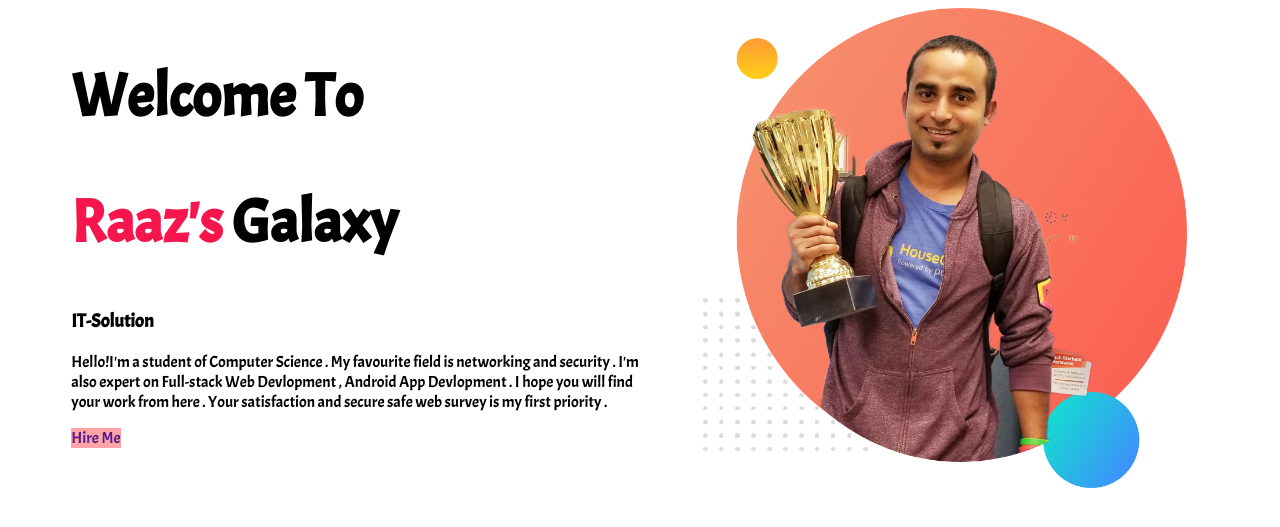
Repository: ramizraaz/my-portfolio
Page: about.html
An editor plug-in stored every save of this project. The page is shown before and after the next save, followed by the edit.
The browser window is 1280 px wide. The pictures show the whole page.

Above is the page before, as saved 2022-01-13 18:31:11.

### about.html
<!DOCTYPE html>
<html lang="en">

<head>
    <meta charset="UTF-8">
    <meta http-equiv="X-UA-Compatible" content="IE=edge">
    <meta name="viewport" content="width=device-width, initial-scale=1.0">
    <title>Raaz Portfolio</title>
    <link rel="preconnect" href="https://fonts.googleapis.com">
    <link rel="preconnect" href="https://fonts.gstatic.com" crossorigin>
    <link href="https://fonts.googleapis.com/css2?family=Acme&family=Lobster&family=Permanent+Marker&display=swap" rel="stylesheet">
    <link rel="stylesheet" href="design.css">
</head>

<body>
    <section>
        <div class="content">
            <h1>Welcome To</h1>
            <h1><span> Raaz's </span>Galaxy</h1>
            <h3>IT-Solution</h3>
            <p>Hello!I'm a student of Computer Science . My favourite field is networking and security . I'm also expert on Full-stack Web Devlopment , Android App Devlopment . I hope you will find your work from here . Your satisfaction and secure safe
                web survey is my first priority .</p>
            <a class="link-button" href="" target="_blank">Hire Me</a>
        </div>
        <div class="content">
            <img src="images/jhankar.png" alt="Personal Profile">
        </div>
    </section>
</body>

</html>

### design.css
body {
    font-family: 'Acme', sans-serif;
}

h1 {
    font-size: 60px;
}

span {
    color: rgb(247, 21, 77);
}

section {
    display: flex;
    /* Using this attribute for show photo and content flexible left right part */
}

.content {
    width: 50%;
    /*to make 2 div 50//50 size*/
    padding-left: 5%;
}

.content img {
    width: 85%;
    /*adjusting image*/
}

.link-button {
    text-decoration: none;
    background-color: #ff00005b;
}

After the next save:
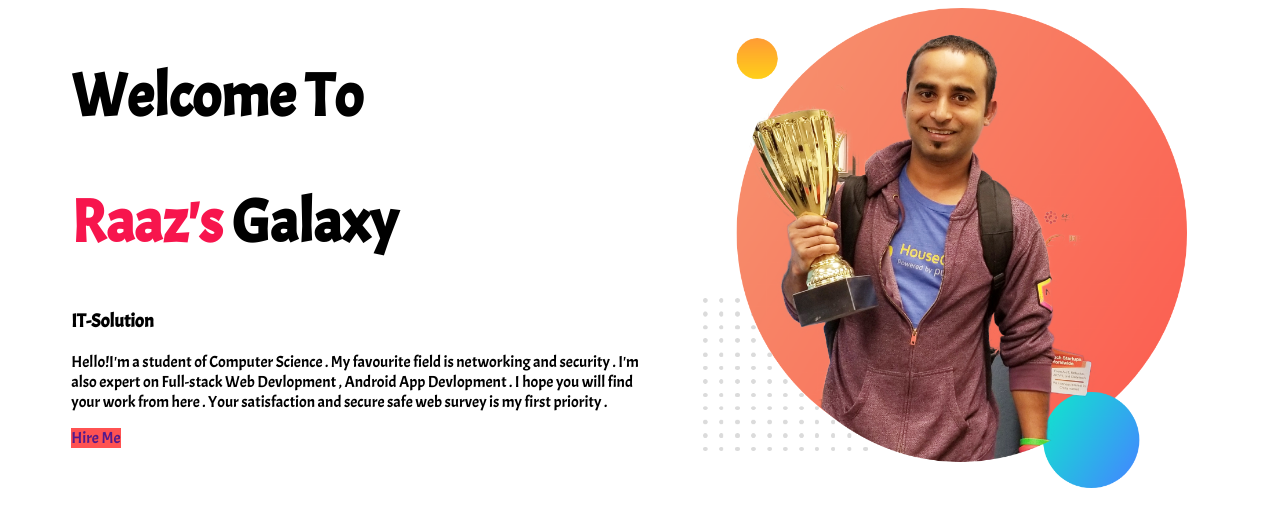
Saved 8 s later.
--- a/design.css
+++ b/design.css
@@ -28,5 +28,5 @@
 
 .link-button {
     text-decoration: none;
-    background-color: #ff00005b;
+    background-color: #ff0000ad;
 }
